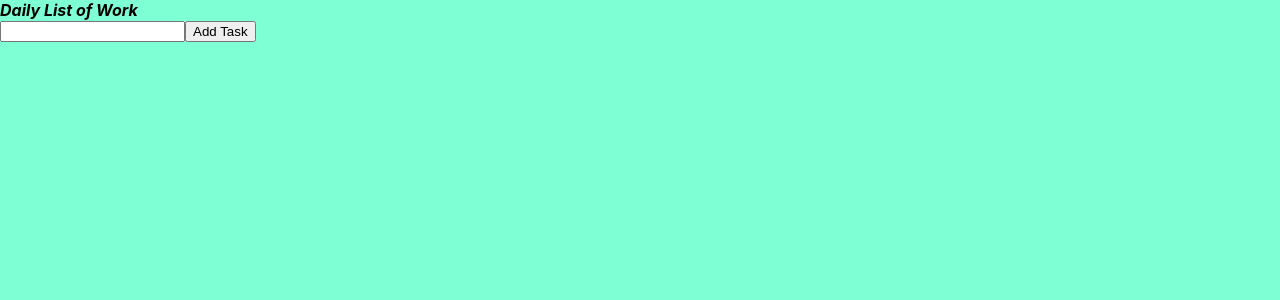
Repository: iamjayenmthakuri/todolist
Page: /
An editor plug-in stored every save of this project. The page is shown before and after the next save, followed by the edit.
The browser window is 1280 px wide. The pictures show the whole page.
The project was rebuilt for these pictures with package versions that can differ from the ones it lists, and the page was loaded fresh each time.

Above is the page before, as saved 2022-09-19 10:19:33.

### src/App.js
import React from 'react';
import { useState } from 'react';
import "./App.css";

function App() {
  const [todoList, setTodoList] = useState([]);
  const [newTask, setNewTask] = useState("");

  const handleOnChange = (event) => {
    setNewTask(event.target.value)
  };

  const addTask = () => {
    const task = {
      id: todoList.length === 0 ? 1 : todoList[todoList.length - 1].id + 1,
      taskName: newTask,
    }
    setTodoList([...todoList, task]);
  };

  const deleteTask = (id) => {
    setTodoList(todoList.filter((task) => task.id !== id));
  };
  return (
    <div>
      <div><h1 className='title'>Daily List of Work</h1>

      <input onChange={handleOnChange} />
      <button onClick={addTask}>Add Task</button>
      {todoList.map((task) => {
        return (
          <div className='container'>
            <h1>{task.taskName}</h1>
            <button onClick={() => deleteTask(task.id)}>X</button>
          </div>
        );
      })}
    </div>
    </div>
  );
}

export default App;

### src/App.css
body{
  background-color: aquamarine;
  display:grid;
  background-position: center;
  position: absolute;
}
.title{
  font-size: medium;
  font-weight: bold;
  font-style: italic;
  background-position: center;
  margin: auto;
}
.container{
  background-color: white;
  height: 100%;
  width: 100%;
}
#map{
  background-color: white;
  height: max-content;
  width: max-content;
}

Loaded but not shown: public/index.html (common file); src/index.js (common file); src/index.css (common file); src/reportWebVitals.js (common file)

After the next save:
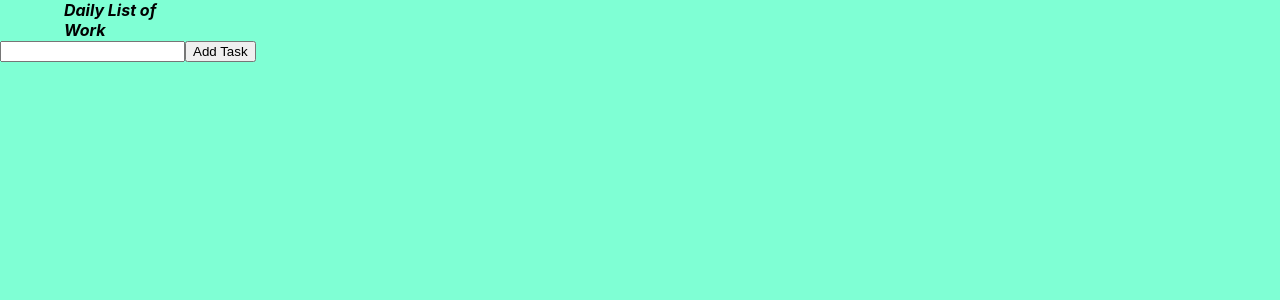
Saved 43 s later.
--- a/src/App.css
+++ b/src/App.css
@@ -5,6 +5,8 @@ body{
   position: absolute;
 }
 .title{
+  height: 50%;
+  width: 50%;
   font-size: medium;
   font-weight: bold;
   font-style: italic;
